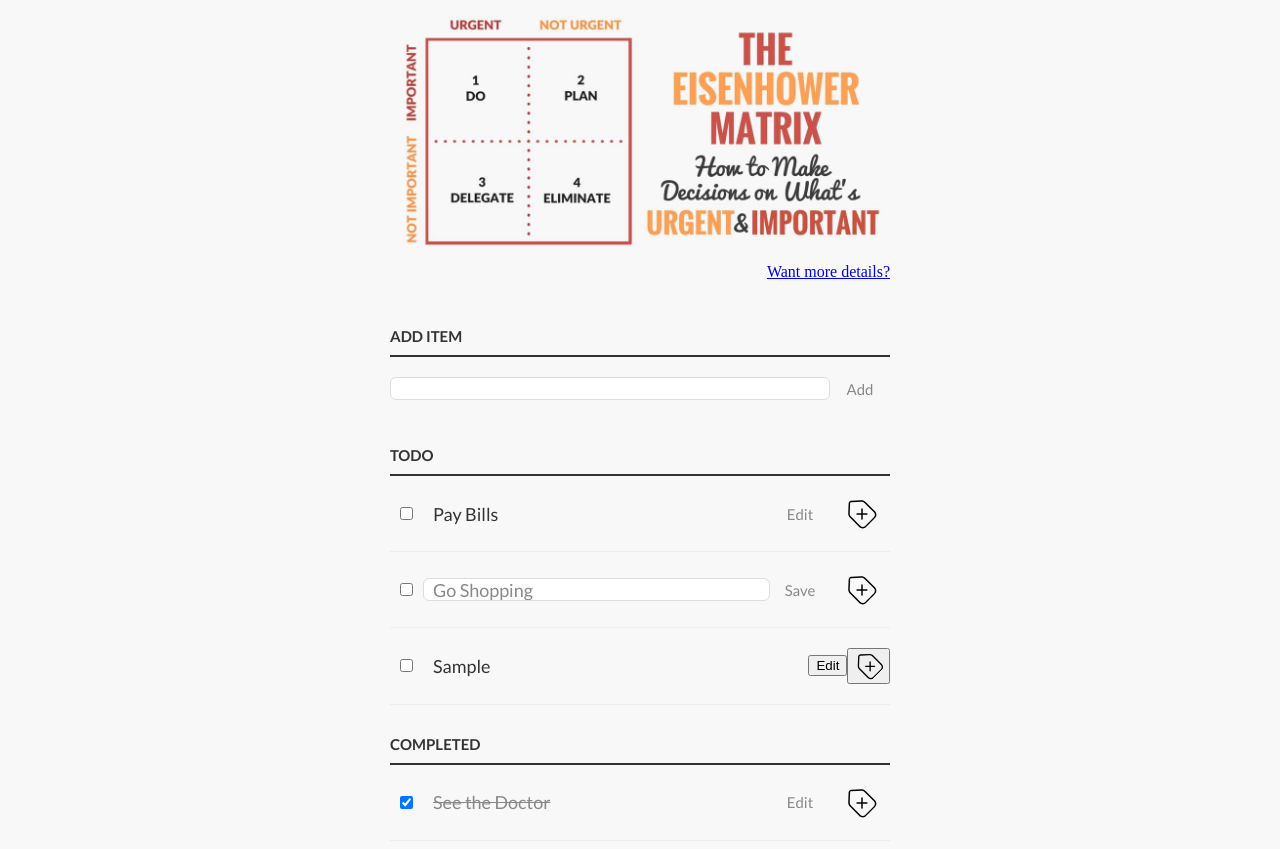
Repository: AlekseyRD88/clean-code-s1e1
Page: index.html
An editor plug-in stored every save of this project. The page is shown before and after the next save, followed by the edit.
The browser window is 1280 px wide. The pictures show the whole page.
Empty fields were first filled with sample values (such as "Sample", 5 or name@example.com).
After loading, the first visible `button.button` was clicked once.

Above is the page before, as saved 2024-12-15 18:53:12.

### index.html
<!DOCTYPE html>
  <head>
    <title>Todo App</title>
    <link href="https://fonts.googleapis.com/css?family=Lato:300,400,700" rel="stylesheet">
    <link rel="stylesheet" href="style.css" type="text/css" media="screen" charset="utf-8">
  </head>
  <body class="page">
    <header class="header">
      <img src="./eisenhower-matrix.jpg" alt="matrix" class="header-img">
      <a class="more-info" href="https://goal-life.com/page/method/matrix-eisenhower">Want more details?</a>
    </header>
    <main class="centr-element">
      <p id="add-elem">
      <label for="new-task">Add Item</label>
        <div class="task-wrapper">
          <input id="new-task" class="task" type="text">
          <button class="button">Add</button>
        </div>
      </p>
      <h3>Todo</h3>
      <ul id="incomplete-tasks">
        <li>
          <input type="checkbox">
          <label class="task">Pay Bills</label>
          <input type="text" class="task">
          <button class="button edit">Edit</button>
          <button class="button delete">
            <img src="./remove.svg" alt="icon-remove">
          </button>
        </li>
        <li class="edit-mode">
          <input type="checkbox">
          <label class="task">Go Shopping</label>
          <input type="text" value="Go Shopping" class="task">
          <button class="button edit">Save</button>
          <button class="button delete">
            <img src="./remove.svg" alt="icon-remove">
          </button>
        </li>
      </ul>
      <h3>Completed</h3>
      <ul id="completed-tasks">
        <li>
          <input type="checkbox" checked>
          <label class="task">See the Doctor</label>
          <input type="text" class="task">
          <button class="button edit">Edit</button>
          <button class="button delete">
            <img src="./remove.svg" alt="icon-remove">
          </button>
        </li>
      </ul>
    </main>
    <script src="app.js"></script>
  </body>
</html>

### style.css
/* Basic Style */
.page {
  background-color: #f8f8f8;
  color: #333;
  font-family: Lato, sans-serif;
}
.header {
  width: 500px;
  margin: 0 auto;
  display: block;
  text-align: right;
}
.header-img {
  width: 100%;
}
.header .more-info {
  font-family: fantasy, cursive;
}
@media (max-width:768px) {
  .header {
    text-align: center;
  }
}
.centr-element {
  display: block;
  width: 500px;
  margin: 0 auto 0;
}
.task {
  width: 56%;
  display: inline-block;
  flex-grow: 1;
}
.task-wrapper {
  display: flex;
}
ul {
  margin: 0;
  padding: 0px;
}
li,
h3 {
  list-style: none;
}
input,
.button {
  outline: none;
}
.button {
  background: none;
  border: 0px;
  color: #888;
  font-size: 15px;
  width: 60px;
  font-family: Lato, sans-serif;
  cursor: pointer;
}
.button:hover {
  color: #3a3A3a;
}
/* Heading */
h3,
label[for='new-task'] {
  color: #333;
  font-weight: 700;
  font-size: 15px;
  border-bottom: 2px solid #333;
  padding: 30px 0 10px;
  margin: 0;
  text-transform: uppercase;
}
input[type="text"] {
  margin: 0;
  font-size: 18px;
  line-height: 18px;
  height: 21px;
  padding: 0 9px;
  border: 1px solid #dDd;
  background: #FFF;
  border-radius: 6px;
  font-family: Lato, sans-serif;
  color: #888;
}
input[type="text"]:focus {
  color: #333;
}
/* New Task */
label[for='new-task'] {
  display: block;
  margin: 0 0 20px;
}
#new-task {
  width: 318px;
}
/* Task list */
li {
  overflow: hidden;
  padding: 20px 0;
  border-bottom: 1px solid #eee;
  display: flex;
  justify-content: space-between;
  align-items: center;
}
li > * {
  vertical-align: middle;
}
li > input[type="checkbox"] {
  margin: 0 10px;
}
li > label {
  padding-left: 10px;
  box-sizing: border-box;
  font-size: 18px;
  width: 226px;
}
li >    input[type="text"] {
  width: 226px
}
.delete img {
  height: 2em;
  transform: rotateZ(45deg);
  transition: transform 200ms ease-in;
}
.delete img:hover {
  transform: rotateZ(0);
}
/* Completed */
#completed-tasks label {
  text-decoration: line-through;
  color: #888;
}
/* Edit Task */
ul li input[type=text] {
  display: none;
}

ul .edit-mode input[type=text] {
  display: inline-block;
  width: 224px;
}

ul .edit-mode label {
  display: none;
}

### app.js
//Document is the DOM can be accessed in the console with document.window.
// Tree is from the top, html, body, p etc.

//Problem: User interaction does not provide the correct results.
//Solution: Add interactivity so the user can manage daily tasks.
//Break things down into smaller steps and take each step at a time.


// Event handling, user interaction is what starts the code execution.

var taskInput = document.getElementById("new-task"); //Add a new task.
var addButton = document.getElementsByTagName("button")[0]; //first button
var incompleteTaskHolder = document.getElementById("incomplete-tasks"); //ul of #incompleteTasks
var completedTasksHolder = document.getElementById("completed-tasks"); //completed-tasks


//New task list item
var createNewTaskElement = function (taskString) {

  var listItem = document.createElement("li");

  //input (checkbox)
  var checkBox = document.createElement("input"); //checkbx
  //label
  var label = document.createElement("label"); //label
  //input (text)
  var editInput = document.createElement("input"); //text
  //button.edit
  var editButton = document.createElement("button"); //edit button

  //button.delete
  var deleteButton = document.createElement("button"); //delete button
  var deleteButtonImg = document.createElement("img"); //delete button image

  label.innerText = taskString;
  label.className = 'task';

  //Each elements, needs appending
  checkBox.type = "checkbox";
  editInput.type = "text";
  editInput.className = "task";

  editButton.innerText = "Edit"; //innerText encodes special characters, HTML does not.
  editButton.className = "edit";

  deleteButton.className = "delete";
  deleteButtonImg.src = './remove.svg';
  deleteButton.appendChild(deleteButtonImg);


  //and appending.
  listItem.appendChild(checkBox);
  listItem.appendChild(label);
  listItem.appendChild(editInput);
  listItem.appendChild(editButton);
  listItem.appendChild(deleteButton);
  return listItem;
}



var addTask = function () {
  console.log("Add Task...");
  //Create a new list item with the text from the #new-task:
  if (!taskInput.value) return;
  var listItem = createNewTaskElement(taskInput.value);

  //Append listItem to incompleteTaskHolder
  incompleteTaskHolder.appendChild(listItem);
  bindTaskEvents(listItem, taskCompleted);

  taskInput.value = "";

}

//Edit an existing task.

var editTask = function () {
  console.log("Edit Task...");
  console.log("Change 'edit' to 'save'");


  var listItem = this.parentNode;

  var editInput = listItem.querySelector('input[type=text]');
  var label = listItem.querySelector("label");
  var editBtn = listItem.querySelector(".edit");
  var containsClass = listItem.classList.contains("edit-mode");
  //If class of the parent is .editmode
  if (containsClass) {

    //switch to .editmode
    //label becomes the inputs value.
    label.innerText = editInput.value;
    editBtn.innerText = "Edit";
  } else {
    editInput.value = label.innerText;
    editBtn.innerText = "Save";
  }

  //toggle .editmode on the parent.
  listItem.classList.toggle("edit-mode");
};


//Delete task.
var deleteTask = function () {
  console.log("Delete Task...");

  var listItem = this.parentNode;
  var ul = listItem.parentNode;
  //Remove the parent list item from the ul.
  ul.removeChild(listItem);

}


//Mark task completed
var taskCompleted = function () {
  console.log("Complete Task...");

  //Append the task list item to the #completed-tasks
  var listItem = this.parentNode;
  completedTasksHolder.appendChild(listItem);
  bindTaskEvents(listItem, taskIncomplete);

}


var taskIncomplete = function () {
  console.log("Incomplete Task...");
  //Mark task as incomplete.
  //When the checkbox is unchecked
  //Append the task list item to the #incompleteTasks.
  var listItem = this.parentNode;
  incompleteTaskHolder.appendChild(listItem);
  bindTaskEvents(listItem, taskCompleted);
}



var ajaxRequest = function () {
  console.log("AJAX Request");
}

//The glue to hold it all together.


//Set the click handler to the addTask function.
addButton.onclick = addTask;
addButton.addEventListener("click", addTask);
addButton.addEventListener("click", ajaxRequest);


var bindTaskEvents = function (taskListItem, checkBoxEventHandler) {
  console.log("bind list item events");
  //select ListItems children
  var checkBox = taskListItem.querySelector("input[type=checkbox]");
  var editButton = taskListItem.querySelector(".edit");
  var deleteButton = taskListItem.querySelector(".delete");


  //Bind editTask to edit button.
  editButton.onclick = editTask;
  //Bind deleteTask to delete button.
  deleteButton.onclick = deleteTask;
  //Bind taskCompleted to checkBoxEventHandler.
  checkBox.onchange = checkBoxEventHandler;
}

//cycle over incompleteTaskHolder ul list items
//for each list item
for (var i = 0; i < incompleteTaskHolder.children.length; i++) {

  //bind events to list items chldren(tasksCompleted)
  bindTaskEvents(incompleteTaskHolder.children[i], taskCompleted);
}




//cycle over completedTasksHolder ul list items
for (var i = 0; i < completedTasksHolder.children.length; i++) {
  //bind events to list items chldren(tasksIncompleted)
  bindTaskEvents(completedTasksHolder.children[i], taskIncomplete);
}




// Issues with usability don't get seen until they are in front of a human tester.

//prevent creation of empty tasks.

//Change edit to save when you are in edit mode.

After the next save:
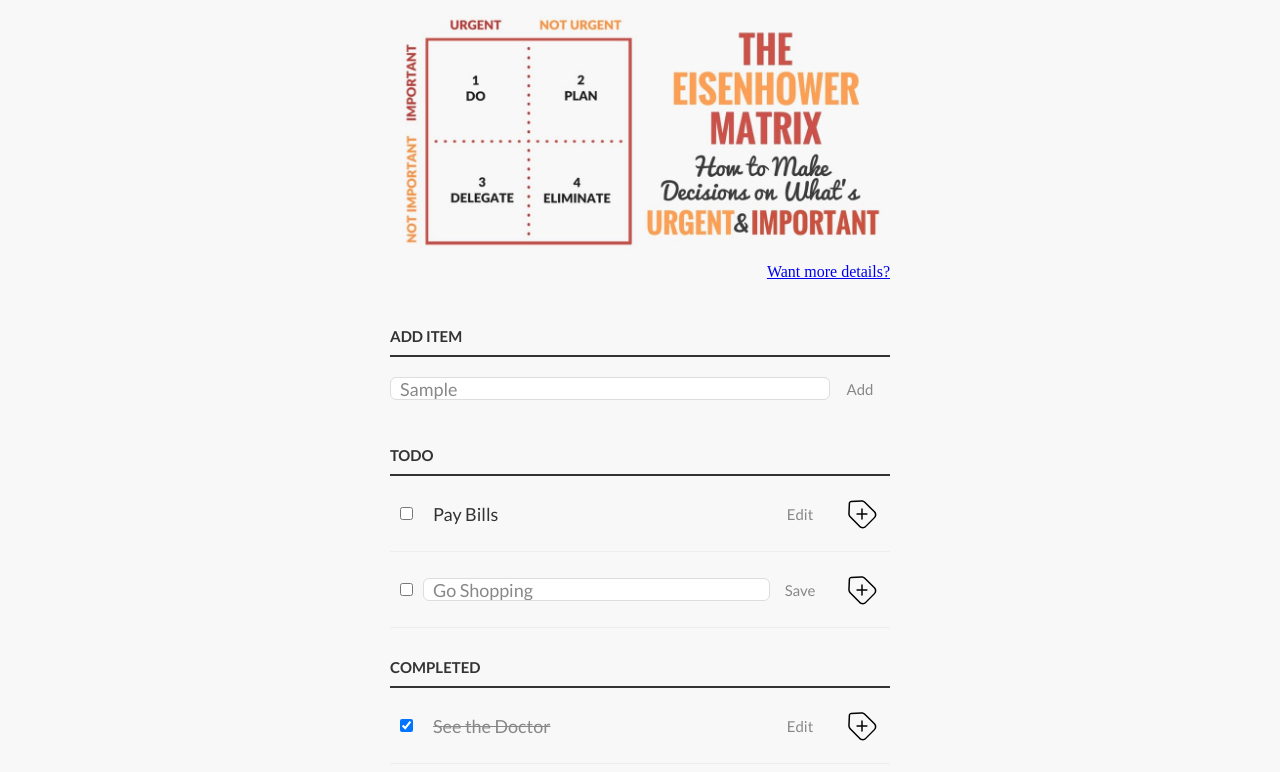
Console error (its wording comes from the project's code and is left out).
Saved 77 s later.
--- a/app.js
+++ b/app.js
@@ -26,10 +26,10 @@
   //input (text)
   var editInput = document.createElement("input"); //text
   //button.edit
-  var editButton = document.createElement("button"); //edit button
+  var editButton = document.createElement(".button"); //edit button
 
   //button.delete
-  var deleteButton = document.createElement("button"); //delete button
+  var deleteButton = document.createElement(".button"); //delete button
   var deleteButtonImg = document.createElement("img"); //delete button image
 
   label.innerText = taskString;

After the save that followed:
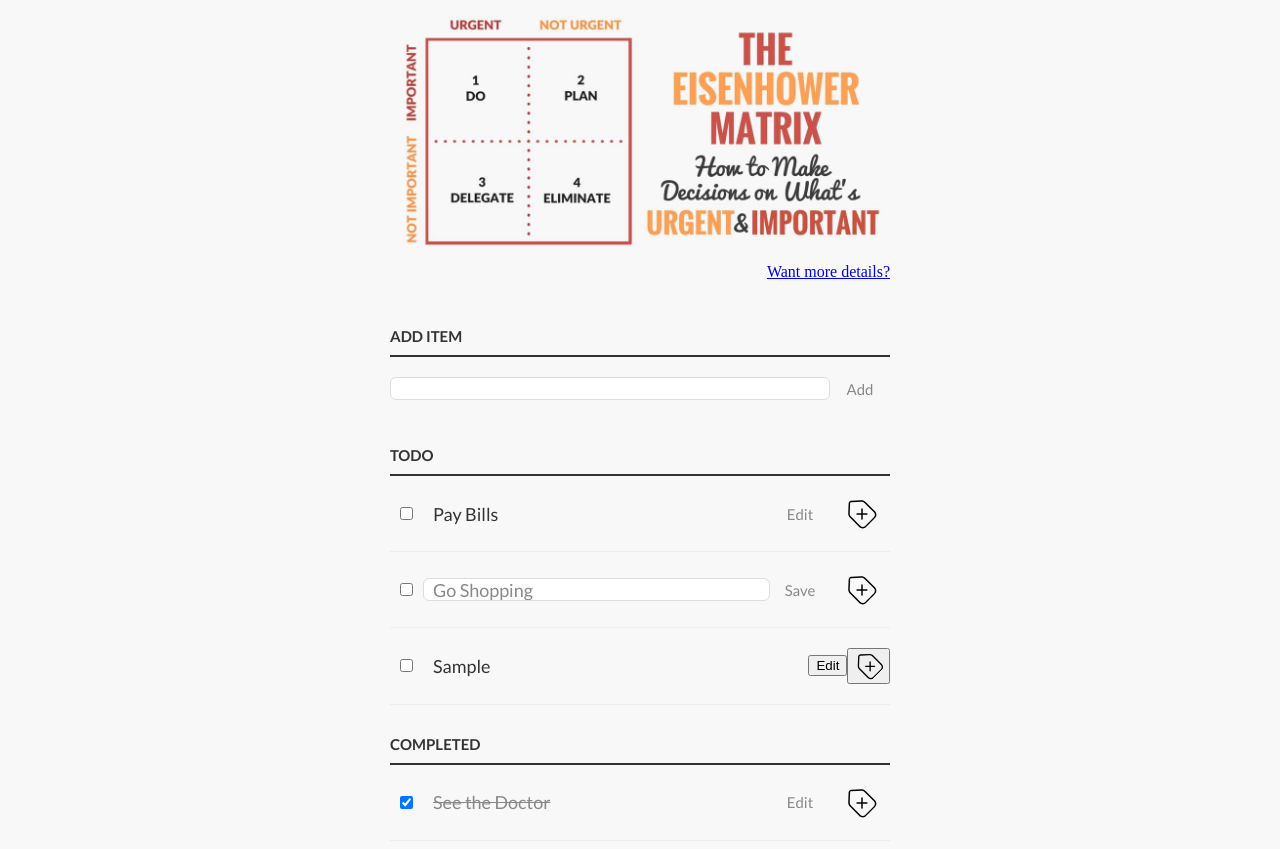
The error is gone.
Saved 43 s later.
--- a/app.js
+++ b/app.js
@@ -26,10 +26,10 @@
   //input (text)
   var editInput = document.createElement("input"); //text
   //button.edit
-  var editButton = document.createElement(".button"); //edit button
+  var editButton = document.createElement("button"); //edit button
 
   //button.delete
-  var deleteButton = document.createElement(".button"); //delete button
+  var deleteButton = document.createElement("button"); //delete button
   var deleteButtonImg = document.createElement("img"); //delete button image
 
   label.innerText = taskString;
